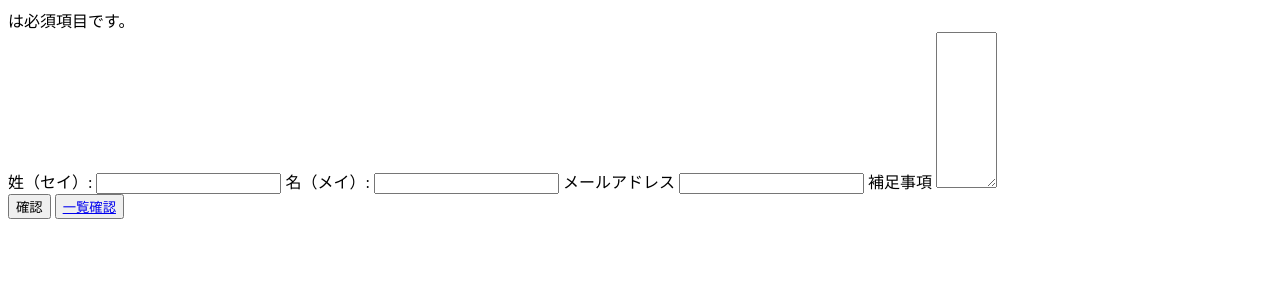
Repository: yoshiryoryo/phpform2
Page: http://localhost/
An editor plug-in stored every save of this project. The page is shown before and after a run of saves, followed by the edit.
The browser window is 1280 px wide. The pictures show the whole page.
The page is run by PHP 8.4 with error messages shown; the project is at /var/www/html/.

Above is the page before, as saved 2021-03-05 11:41:20.

After the next 2 saves:
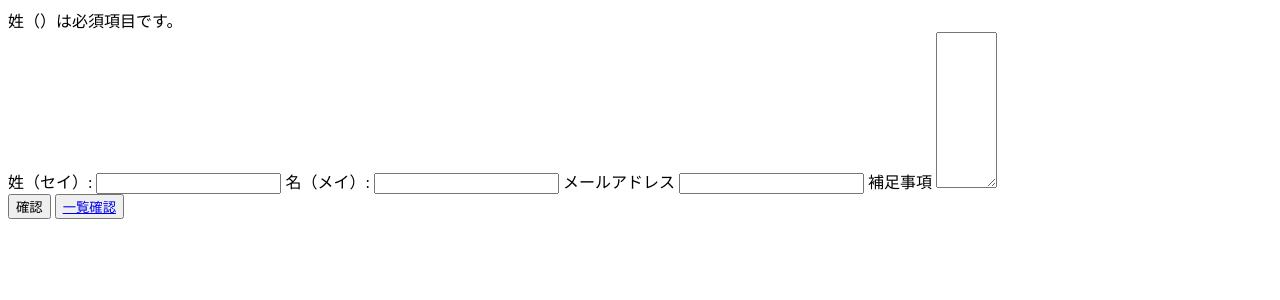
The 2 saves are shown as one change because they came seconds apart.
The last was saved 5 s later.
--- a/index.php
+++ b/index.php
@@ -12,7 +12,7 @@ $_SESSION['token'] = $token;
 
 // バリデーション
 if(empty($sei)){
-    echo 'は必須項目です。';
+    echo '姓（）は必須項目です。';
   }
 
 
